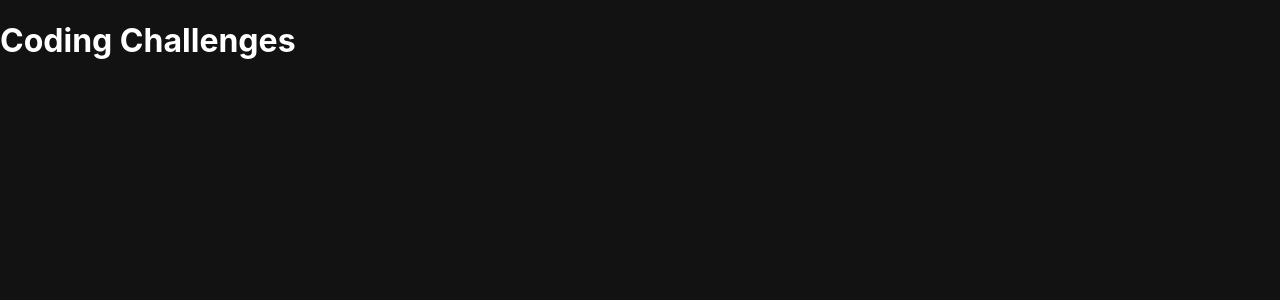
Repository: Valentina-Maraio/coding_challenges
Page: /
An editor plug-in stored every save of this project. The page is shown before and after the next save, followed by the edit.
The browser window is 1280 px wide. The pictures show the whole page.
The project was rebuilt for these pictures with package versions that can differ from the ones it lists, and the page was loaded fresh each time.

Above is the page before, as saved 2024-07-05 11:44:34.

After the next save:
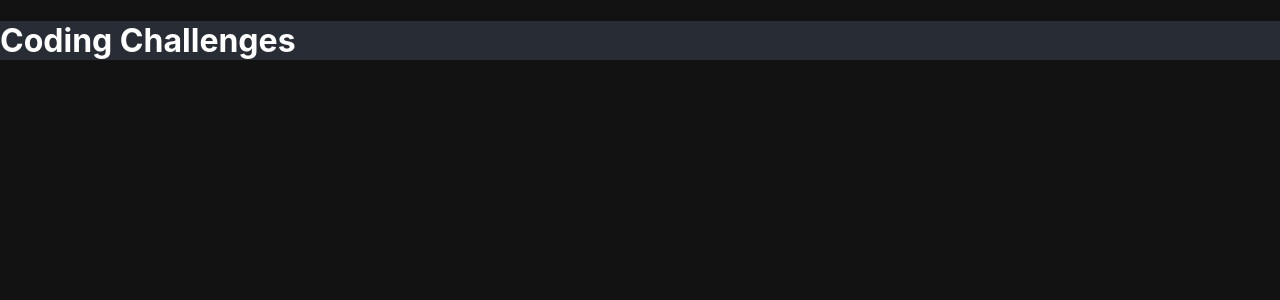
Saved 9 s later.
--- a/src/App.css
+++ b/src/App.css
@@ -1,3 +1,3 @@
-.App-header {
+.container {
   background-color: #282c34;
 }
